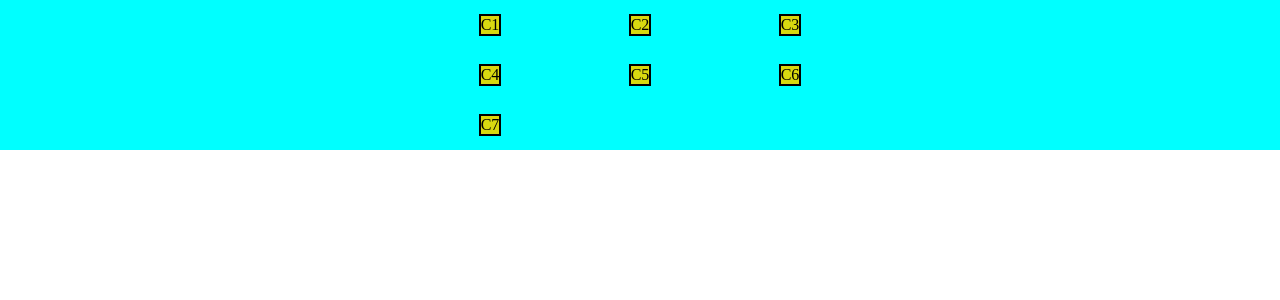
Repository: nepali2385/FUll-stack-practice
Page: Day5/Day5/grid.html
The author's editor kept a copy of each file at every save. The page is drawn from the files as they stood at one save, then again after the next save.
The browser window is 1280 px wide. The pictures show the whole page.

Above is the page before, as saved 2024-08-27 15:14:11.

After the next save:
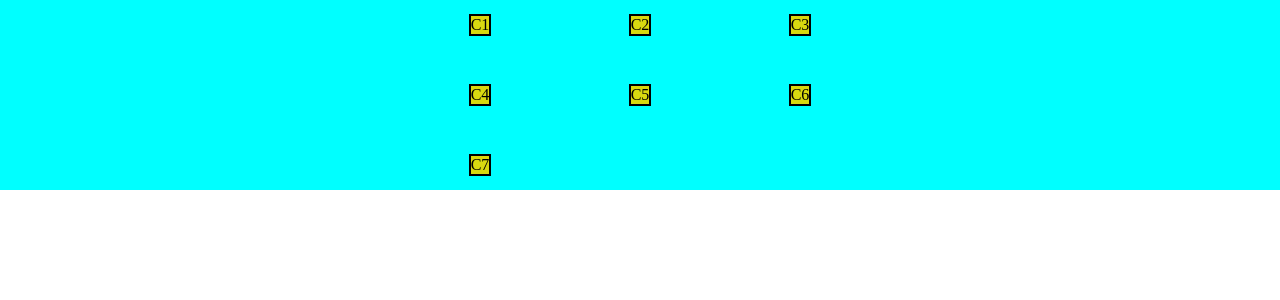
Saved 28 s later.
--- a/Day5/Day5/grid.css
+++ b/Day5/Day5/grid.css
@@ -13,6 +13,8 @@
     justify-items: center;
     align-items: center;
     align-content:center;
+    row-gap: 20px;
+    column-gap: 10px;
 }
 .card{
     background-color: rgb(216, 216, 16);
